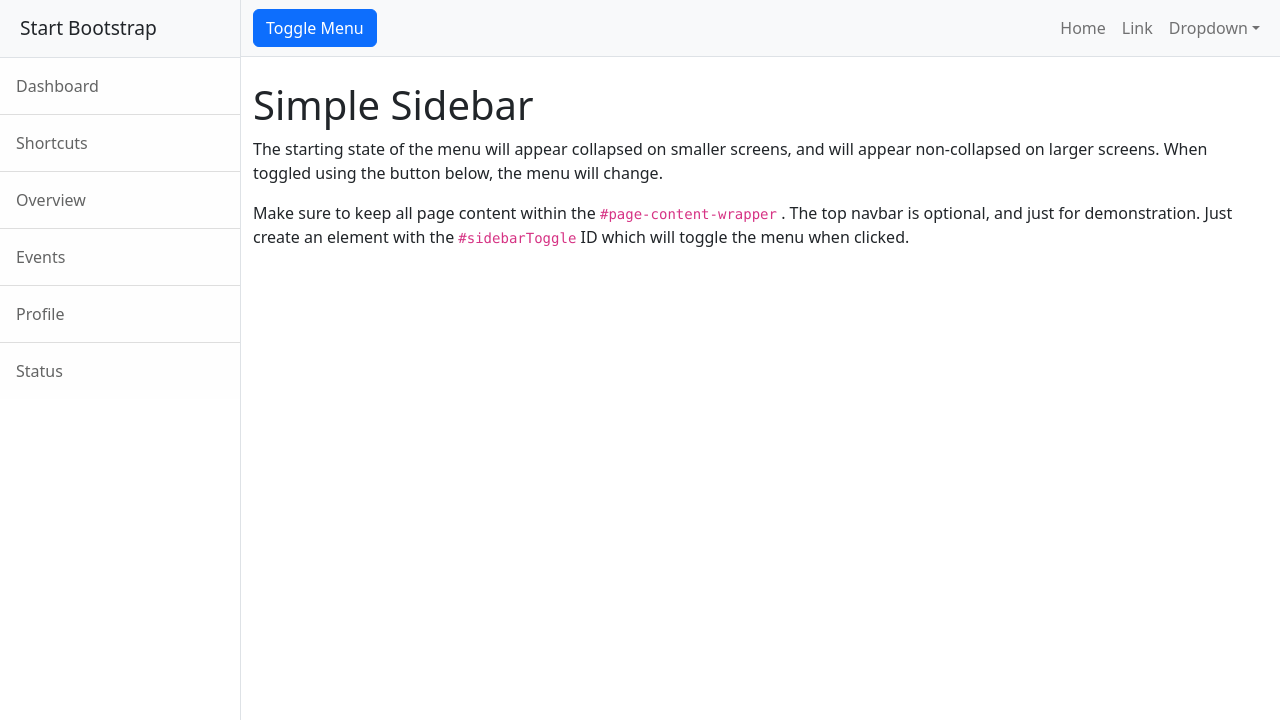
Repository: honsb91/Study_Spring
Page: http://localhost/02.Smart/WEB-INF/views/layout.jsp
These files come from the project's save history. The page is drawn as it stood at one moment and after the next save; the edit follows.
The browser window is 1280 px wide. The pictures show the whole page.
The page is served by Tomcat 9. Nobody is signed in. The template is opened directly, without the code that normally fills it, so the values that code supplies are empty.

Above is the page before, as saved 2023-12-21 02:31:51.

After the next save:
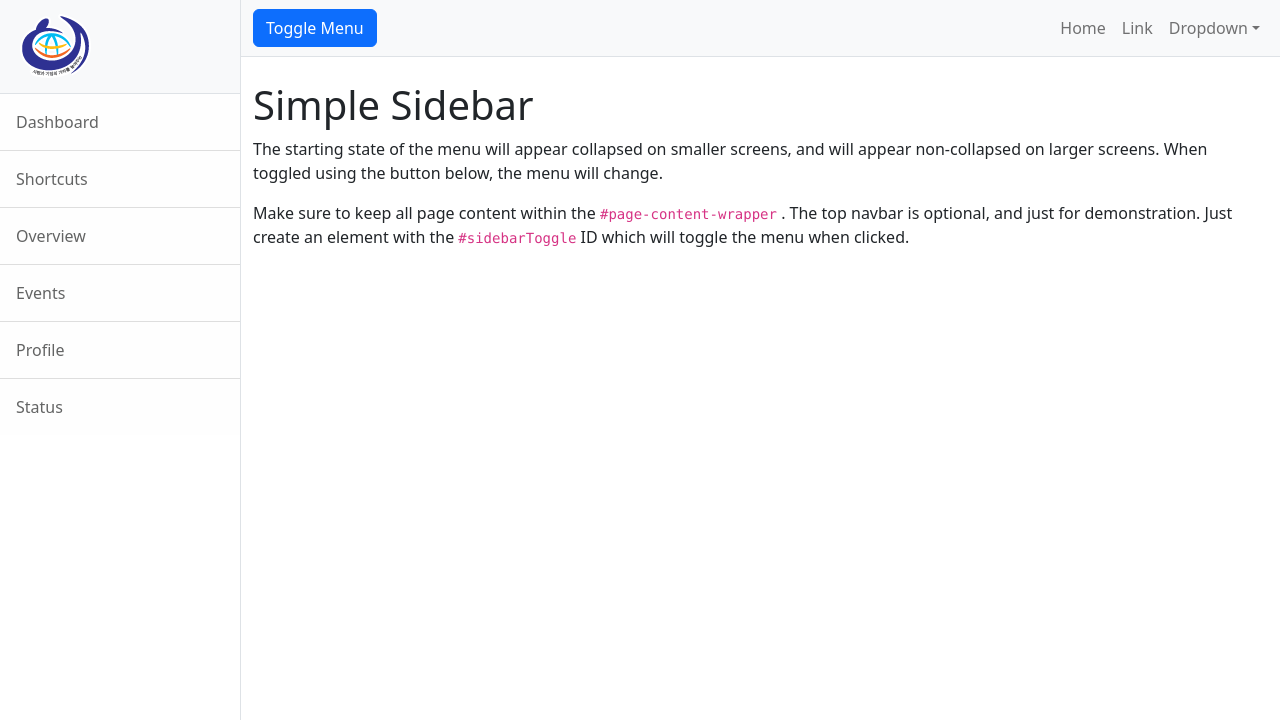
Saved 42 s later.
--- a/WorkSpace/02.Smart/src/main/webapp/WEB-INF/views/layout.jsp
+++ b/WorkSpace/02.Smart/src/main/webapp/WEB-INF/views/layout.jsp
@@ -20,7 +20,9 @@
 	<div class="d-flex" id="wrapper">
 		<!-- Sidebar-->
 		<div class="border-end bg-white" id="sidebar-wrapper">
-			<div class="sidebar-heading border-bottom bg-light">Start Bootstrap</div>
+			<div class="sidebar-heading border-bottom bg-light">
+				<img src="img/hanul.logo.png">
+			</div>
 			<div class="list-group list-group-flush">
 				<a
 					class="list-group-item list-group-item-action list-group-item-light p-3"
